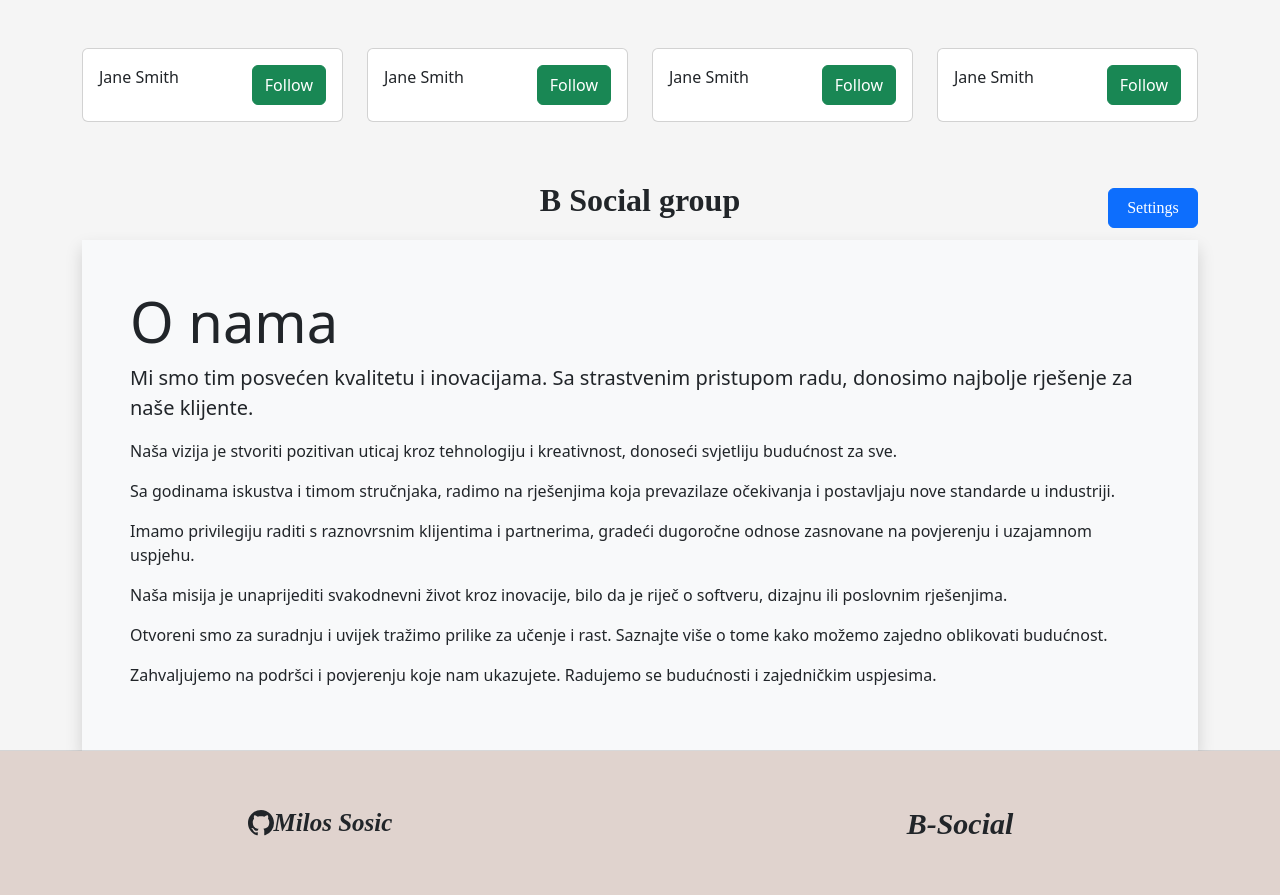
Repository: mcedo1/b-Social-app
Page: /aboutUs
These files come from the project's save history. The page is drawn as it stood at one moment and after a run of saves; the edit follows.
The browser window is 1280 px wide. The pictures show the whole page.
The project was rebuilt for these pictures with package versions that can differ from the ones it lists, and the page was loaded fresh each time. Also part of the build but not shown: src/components/log.reg.component/Login.js, src/components/log.reg.component/Registration.js, src/components/submain.component/Submain.css, src/components/submain.component/Comment.js, src/components/submain.component/Modal.js, src/components/submain.component/Post.js, src/components/submain.component/followers.component/FollowerComponet.js, src/components/submain.component/Submain.js and 1 more.

Above is the page before, as saved 2024-02-03 15:02:54.

### src/index.js
import React from 'react';
import ReactDOM from 'react-dom/client';
import './index.css';
import App from './App';
import reportWebVitals from './reportWebVitals';
import {
  BrowserRouter as Router
} from "react-router-dom";
import 'bootstrap/dist/css/bootstrap.min.css';
import 'react-toastify/dist/ReactToastify.css';

const root = ReactDOM.createRoot(document.getElementById('root'));
root.render(
  <React.StrictMode>
    <Router>
      <App />
    </Router>
  </React.StrictMode>
);

// If you want to start measuring performance in your app, pass a function
// to log results (for example: reportWebVitals(console.log))
// or send to an analytics endpoint. Learn more: https://bit.ly/CRA-vitals
reportWebVitals();

### src/App.js
import './App.css';
import Footer from './components/footer.component/Footer';
import Login from './components/log.reg.component/Login';
import Registration from './components/log.reg.component/Registration';
import MainPage from './components/main.page.component/MainPage';
import WebSocket from 'websocket';
import { useEffect } from 'react';
import {
  Routes,
  Route,
} from "react-router-dom";
import AboutUsCommponent from './components/about.us.component/AboutUs';
import { ToastContainer } from 'react-toastify';


function App() {
//   useEffect(() => {
//     // Establish a WebSocket connection
//     const ws = new WebSocket('wss://localhost:8080');

//     // Set up event listeners
//     ws.onopen = () => {
//       console.log('WebSocket connection opened');
//     };

//     ws.onmessage = (event) => {
//       console.log('Received message:', event.data);
//       // Handle the incoming message
//     };

//     ws.onclose = () => {
//       console.log('WebSocket connection closed');
//     };

//     // Clean up the WebSocket connection when the component is unmounted
//     return () => {
//       ws.close();
//     };
//   }, []);


  return (
    <div className='App'>
      <div className="Main">
        <ToastContainer/>
        <Routes>
          <Route index path="/" element={<Login />} />
          <Route path="/reg" element={<Registration />} />
          <Route path="/main" element={<MainPage />} />
          <Route path='aboutUs' element={<AboutUsCommponent/>}/>
        </Routes>
      </div>
      <Footer/>
     </div>
  );
}

export default App;

### src/components/footer.component/Footer.js
import React from 'react'
import './Footer.css';

function Footer() {
  return (
      <div className='Footer'>
      <div className='Left'>
      <svg xmlns="http://www.w3.org/2000/svg" width="26" height="26" fill="currentColor" class="bi bi-github" viewBox="0 0 16 16">
  <path d="M8 0C3.58 0 0 3.58 0 8c0 3.54 2.29 6.53 5.47 7.59.4.07.55-.17.55-.38 0-.19-.01-.82-.01-1.49-2.01.37-2.53-.49-2.69-.94-.09-.23-.48-.94-.82-1.13-.28-.15-.68-.52-.01-.53.63-.01 1.08.58 1.23.82.72 1.21 1.87.87 2.33.66.07-.52.28-.87.51-1.07-1.78-.2-3.64-.89-3.64-3.95 0-.87.31-1.59.82-2.15-.08-.2-.36-1.02.08-2.12 0 0 .67-.21 2.2.82.64-.18 1.32-.27 2-.27s1.36.09 2 .27c1.53-1.04 2.2-.82 2.2-.82.44 1.1.16 1.92.08 2.12.51.56.82 1.27.82 2.15 0 3.07-1.87 3.75-3.65 3.95.29.25.54.73.54 1.48 0 1.07-.01 1.93-.01 2.2 0 .21.15.46.55.38A8.01 8.01 0 0 0 16 8c0-4.42-3.58-8-8-8"/>
</svg>
       <b> Milos Sosic</b>
      </div>
      <div className='Right'>
        <i>B-Social</i>
      </div>
    </div>
  )
}

export default Footer

### src/components/about.us.component/AboutUs.js
import React from "react";
import SideBar from "../main.page.component/sideBar";
import NewFollowers from "./NewFollowers";

const AboutUsCommponent = () => {
     return (
          <div style={{flex:1, justifyContent:'column'}}>
          <NewFollowers/>
               <div className="container mt-5">
                    <SideBar />
                    <div className="jumbotron bg-light p-5 shadow">
                         <h1 className="display-4">O nama</h1>
                         <p className="lead">
                              Mi smo tim posvećen kvalitetu i inovacijama. Sa
                              strastvenim pristupom radu, donosimo najbolje
                              rješenje za naše klijente.
                         </p>
                         <p>
                              Naša vizija je stvoriti pozitivan uticaj kroz
                              tehnologiju i kreativnost, donoseći svjetliju
                              budućnost za sve.
                         </p>
                         <p>
                              Sa godinama iskustva i timom stručnjaka, radimo na
                              rješenjima koja prevazilaze očekivanja i
                              postavljaju nove standarde u industriji.
                         </p>
                         <p>
                              Imamo privilegiju raditi s raznovrsnim klijentima
                              i partnerima, gradeći dugoročne odnose zasnovane
                              na povjerenju i uzajamnom uspjehu.
                         </p>
                         <p>
                              Naša misija je unaprijediti svakodnevni život kroz
                              inovacije, bilo da je riječ o softveru, dizajnu
                              ili poslovnim rješenjima.
                         </p>
                         <p>
                              Otvoreni smo za suradnju i uvijek tražimo prilike
                              za učenje i rast. Saznajte više o tome kako možemo
                              zajedno oblikovati budućnost.
                         </p>
                         <p>
                              Zahvaljujemo na podršci i povjerenju koje nam
                              ukazujete. Radujemo se budućnosti i zajedničkim
                              uspjesima.
                         </p>
                    </div>
               </div>
          </div>
     );
};

export default AboutUsCommponent;

### src/components/footer.component/Footer.css
.Footer {
  background-color: #e0d3ce;

  height: 20vh;
  display: flex;
  flex-direction: row;
  box-shadow: rgba(0, 0, 0, 0.02) 0px 1px 3px 0px,
    rgba(27, 31, 35, 0.15) 0px 0px 0px 1px;
}
.Left {
  flex: 1;
  display: flex;
  justify-content: center;
  align-items: center;
  font-size: 25px;
  font-family: "Times New Roman", Times, serif;
  font-style: italic;
}

.Left b:hover {
  cursor: pointer;
  font-size: 27px;
}

.Right {
  flex: 1;
  display: flex;
  justify-content: center;
  align-items: center;
  font-family: "Times New Roman", Times, serif;
  font-weight: 700;
  font-size: 30px;
}

.Right i:hover {
  cursor: pointer;
  font-size: 31px;
}

### src/components/log.reg.component/Login.css
.Login {
    flex: 1;
    display: flex;
    justify-content: center;
    align-items: center;
    background-color: #f3f3ef;
    box-shadow: rgba(0, 0, 0, 0.1) 0px 4px 12px;
    margin: 20px 0;
}

p:hover {
    cursor: default;
}

### src/API/Api.js
import axios from "axios";
import ApiConfig from "../config/apiconfig";

export default function api(path, body, method) {
     const requestDATA = {
          method: method,
          baseURL: ApiConfig.API_URL,
          url: path,
          data: body,
          headers: {
               "Content-Type": "application/json",
               Authorization: getToken(),
          },
     };

     return new Promise((resolve, reject) => {
          axios(requestDATA)
               .then((res) => responseHandler(res, resolve))
               .catch(async (error) => {
                    console.log(error.response.status, error.response.data)
                    if (error.response.status === 401) {
                         const response = {
                              status: "login Error",
                              data: error.response.data.message,
                         };

                         return resolve(response);
                    }

                    const response = {
                         status: "Conflict",
                         data: error.response.data.message,
                    };
                    resolve(response);
               });
     });
}

async function responseHandler(res, resolve) {

    if (res.status < 200 || res.status >= 300) {
          const response = {
               status: "service Error",
               data: res.data,
          };

          return resolve(response);
     }
     let response;
     if (res.data.errorStatus < 0)
          response = {
               status: "login Error",
               data: res.data,
          };
     else
          response = {
               status: "ok",
               data: res.data,
          };
     return resolve(response);
}

export function getToken() {
     const token = localStorage.getItem("api_token");
     return "Berer " + token;
}

export function saveToken(token) {
     localStorage.setItem("api_token", token);
}

export function saveIdentity(identity) {
     localStorage.setItem("api_identity", identity);
}

export function getIdentity() {
     return localStorage.getItem("api_identity");
}

export function delIdentity() {
     localStorage.removeItem('api_identity')
}
export function delToken() {
     localStorage.removeItem('api_token')
}

### src/components/main.page.component/MainPage.css
.MainPage {
    flex: 1;
    display: flex;
    flex-direction: column;
}


.Naslov {
    display: flex;
    justify-items: end;
    font-size: xx-large;
    font-weight: bolder;

    font-family: 'Lucida Sans', 'Lucida Sans Regular', 'Lucida Grande', 'Lucida Sans Unicode', Geneva, Verdana, sans-serif;
}
.Setting-button {
    flex: 1;
    display: flex;
    justify-content: end;
    align-items: center;
}

### src/components/main.page.component/sideBar.js
import React, { useState } from "react";
import Offcanvas from "react-bootstrap/Offcanvas";
import Button from "react-bootstrap/Button";
import { Link } from "react-router-dom";
import { useNavigate } from "react-router-dom";
import { delIdentity, delToken } from "../../API/Api";

function SideBar() {
     const [show, setShow] = useState(false);
     const navigate = useNavigate();
     const handleClose = () => setShow(false);
     const handleShow = () => setShow(true);

     const handleLogOut = () => {
          delIdentity()
          delToken()
          navigate("/");
     };

     return (
          <>
               <div className="Naslov">
                    <div style={{ flex: "1" }}></div>
                    <div>
                         <p style={{ fontFamily: "cursive" }}>B Social group</p>
                    </div>
                    <div className="Setting-button">
                         <Button
                              style={{
                                   width: "90px",
                                   height: "40px",
                                   fontFamily: "cursive",
                              }}
                              variant="primary"
                              onClick={handleShow}>
                              Settings
                         </Button>
                    </div>
                    <hr />
               </div>

               <Offcanvas show={show} onHide={handleClose}>
                    <Offcanvas.Header closeButton>
                         <Offcanvas.Title
                              style={{
                                   fontFamily: "cursive",
                                   fontSize: "35px",
                              }}>
                              B-social routes
                         </Offcanvas.Title>
                    </Offcanvas.Header>
                    <hr />
                    <Offcanvas.Body
                         style={{
                              display: "flex",
                              flexDirection: "column",
                              justifyContent: "space-between",
                         }}>
                         <div>
                              <p>
                                   <Link
                                        to={"/main"}
                                        style={{
                                             textDecoration: "none",
                                             fontFamily: "cursive",
                                             fontSize: "23px",
                                        }}>
                                        Main Panel
                                   </Link>
                              </p>
                              <p>
                                   <Link
                                        to={"/aboutUs"}
                                        style={{
                                             textDecoration: "none",
                                             fontFamily: "cursive",
                                             fontSize: "20px",
                                        }}>
                                        About Us!
                                   </Link>
                              </p>
                         </div>
                         <Button
                              style={{
                                   alignSelf: "end",
                                   fontFamily: "cursive",
                              }}
                              variant="danger"
                              onClick={handleLogOut}>
                              Sign Out!
                         </Button>
                    </Offcanvas.Body>
               </Offcanvas>
          </>
     );
}

export default SideBar;

### src/components/about.us.component/NewFollowers.js
import React from "react";
import { Button } from "react-bootstrap";


const NewFollowerCard = ({ firstName, lastName }) => {
    return (
        <div className="col-md-3"  style={{ height: '50px' }}>
        <div className="card">
          <div className="card-body col d-flex justify-content-between">
            <p>{firstName} {lastName}</p> <Button className="btn-success">Follow</Button>
          </div>
        </div>
      </div>
    );
  };
const NewFollowerComponent = () => {
    return (
      <div className="row d-flex flex-nowrap overflow-auto"  style={{ height: '80px' }}>
        <NewFollowerCard firstName="Jane" lastName="Smith" />
        <NewFollowerCard firstName="Jane" lastName="Smith" />
        <NewFollowerCard firstName="Jane" lastName="Smith" />
        <NewFollowerCard firstName="Jane" lastName="Smith" />
        <NewFollowerCard firstName="Jane" lastName="Smith" />
        <NewFollowerCard firstName="Jane" lastName="Smith" />
      </div>
    );
  };

function NewFollowers() {
    return (
        <div>
            <div className="container mt-5"  style={{ height: '80px' }}>
                <NewFollowerComponent/>
            </div>
        </div>
    );
}

export default NewFollowers;

### src/config/apiconfig.js

const ApiConfig = {
    API_URL: 'http://localhost:3001',
}

export default ApiConfig;

Loaded but not shown: public/index.html (common file); src/index.css (common file); src/reportWebVitals.js (common file); src/App.css (common file)

After the next 2 saves:
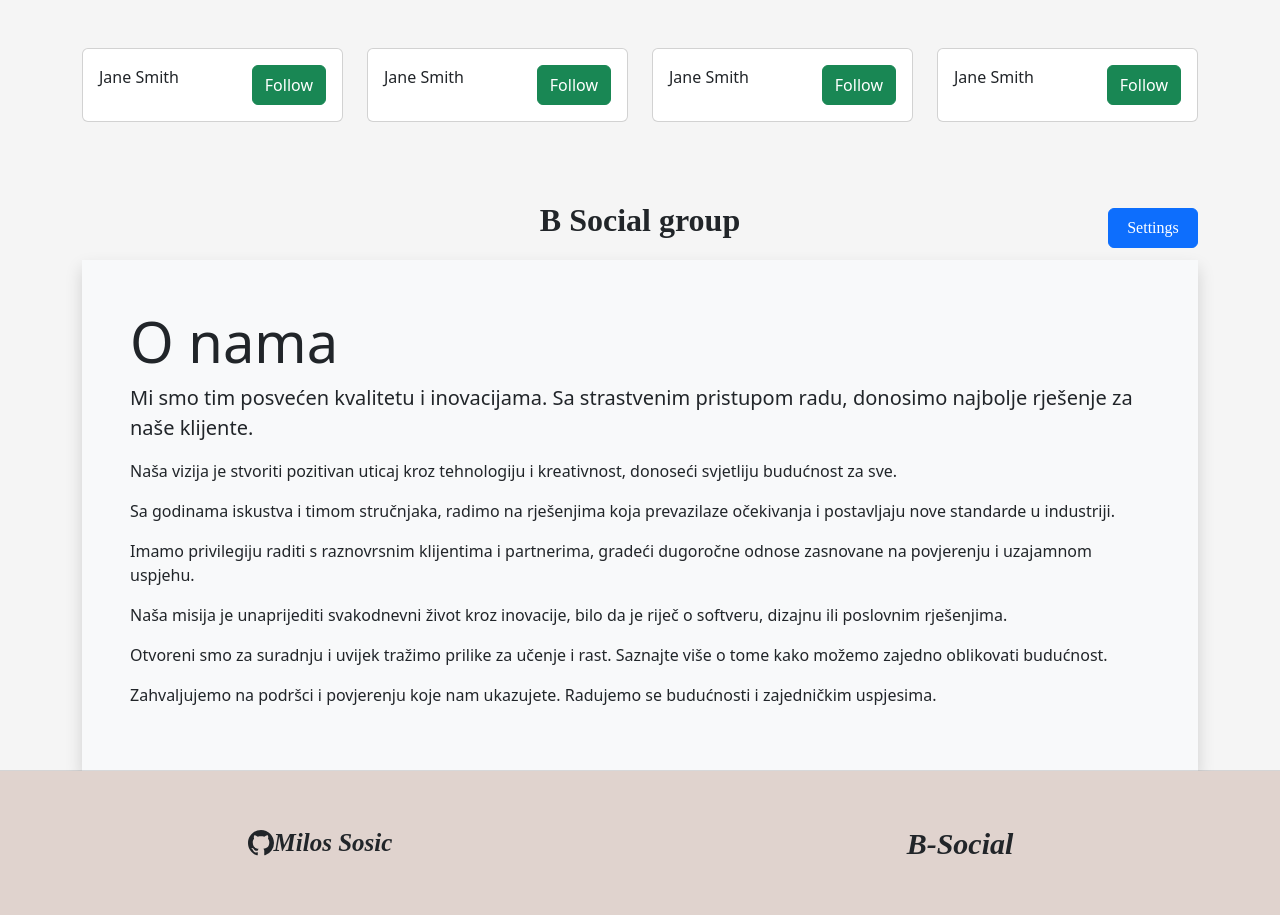
The 2 saves are shown as one change because they came seconds apart.
The last was saved 34 s later.
--- a/src/components/about.us.component/NewFollowers.js
+++ b/src/components/about.us.component/NewFollowers.js
@@ -29,7 +29,7 @@ const NewFollowerComponent = () => {
 function NewFollowers() {
     return (
         <div>
-            <div className="container mt-5"  style={{ height: '80px' }}>
+            <div className="container mt-5"  style={{ height: '100px' }}>
                 <NewFollowerComponent/>
             </div>
         </div>
